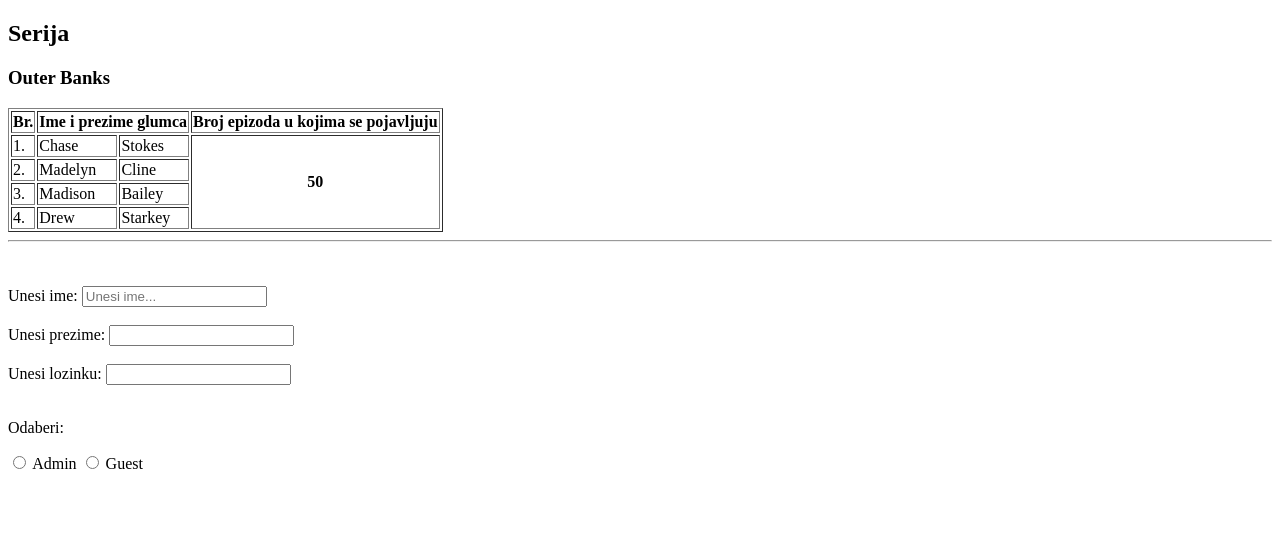
Repository: larabiondic/wp_biondic_lara
Page: Domace zadace/Zadaća.2.html
An editor plug-in stored every save of this project. The page is shown before and after the next save, followed by the edit.
The browser window is 1280 px wide. The pictures show the whole page.

Above is the page before, as saved 2025-11-03 20:43:19.

After the next save:
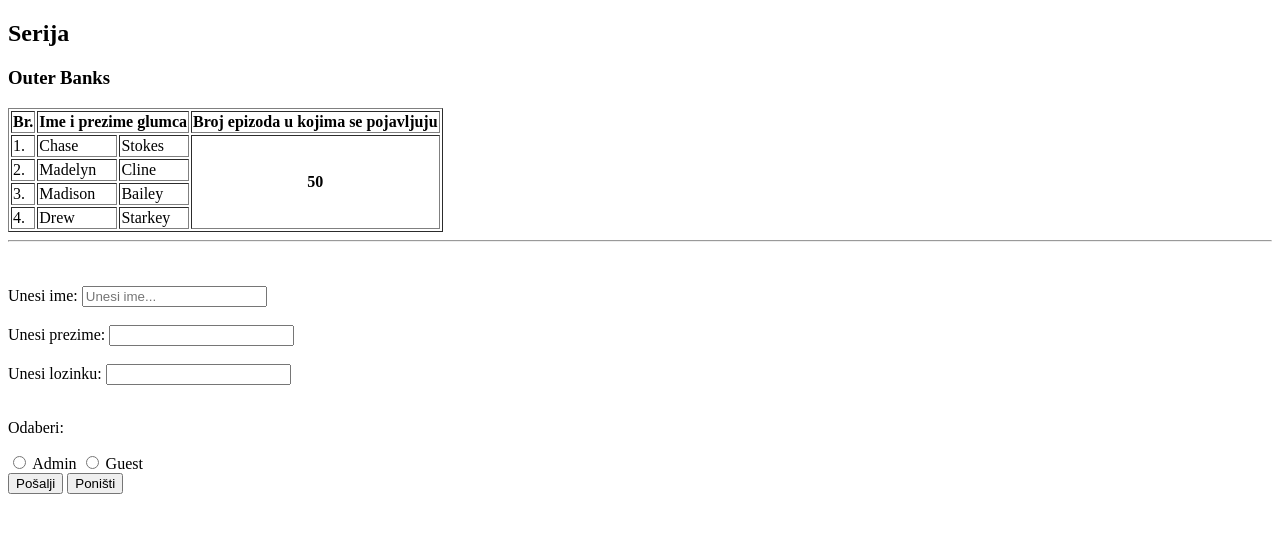
Saved 59 s later.
--- a/Domace zadace/Zadaća.2.html
+++ b/Domace zadace/Zadaća.2.html
@@ -63,6 +63,10 @@
         <input type="radio" name="guest" id="guest">
         <label for="guest">Guest</label>
         <br>
+        <input type="submit" value="Pošalji">
+        <input type="reset" value="Poništi">
+
+
 
     </form>
 </body>
